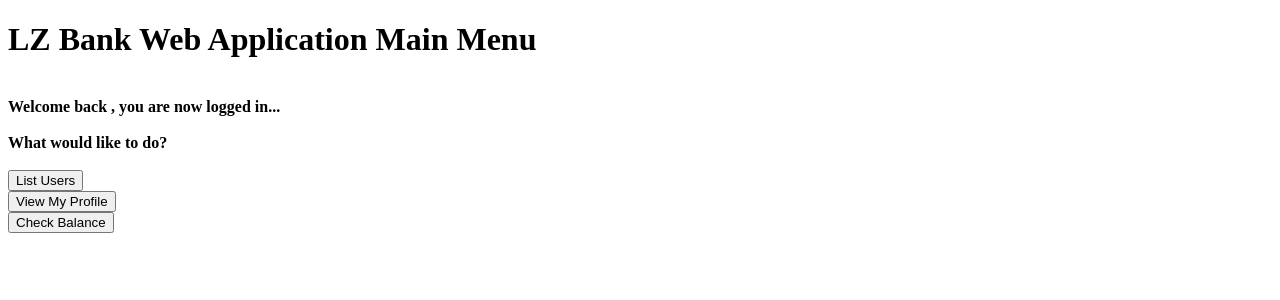
Repository: kingron98/SoftEng-Bank-Web-Application-
Page: http://localhost/SE3_BankWebApp/loginSuccess.jsp
The author's editor kept a copy of each file at every save. The page is drawn from the files as they stood at one save, then again after the next save.
The browser window is 1280 px wide. The pictures show the whole page.
The page is served by Tomcat 9.

Above is the page before, as saved 2020-12-11 21:04:38.

After the next save:
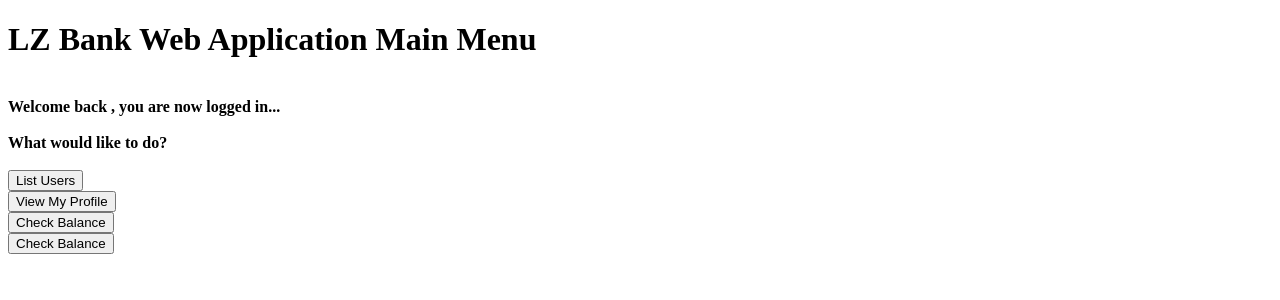
Saved 40 s later.
--- a/SE3 Bank App/Java/Workspace/SE3_BankWebApp/WebContent/loginSuccess.jsp
+++ b/SE3 Bank App/Java/Workspace/SE3_BankWebApp/WebContent/loginSuccess.jsp
@@ -35,6 +35,10 @@
 	     <input type="hidden" name="action" value="CheckBalance" />
          <input type="submit" value="Check Balance" />
     </form>
+    <form action="FrontController" method="post">
+	     <input type="hidden" name="action" value="UpdateProfile" />
+         <input type="submit" value="Check Balance" />
+    </form>
 
 </body>
 
